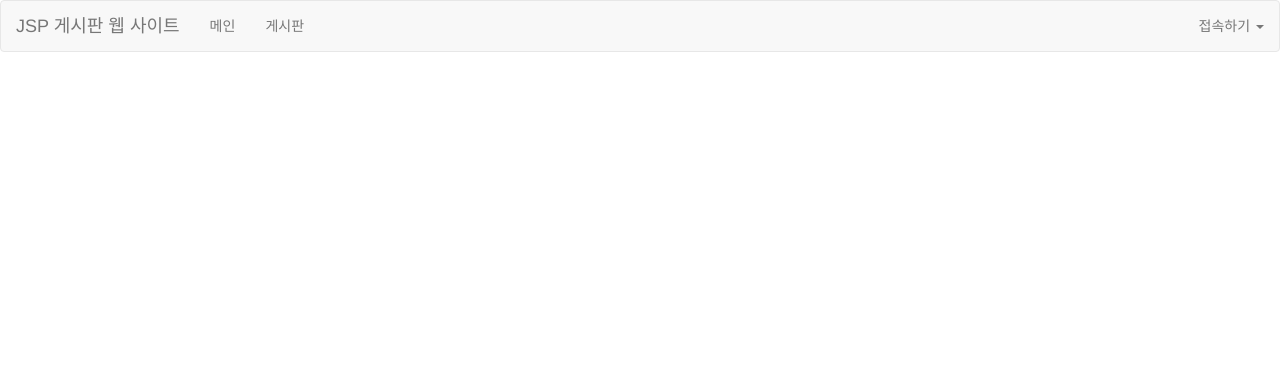
Repository: GorillaDunk/JSP
Page: http://localhost/BBS/login.jsp
An editor plug-in stored every save of this project. The page is shown before and after the next save, followed by the edit.
The browser window is 1280 px wide. The pictures show the whole page.
Some web libraries are served in a nearby version. The page is served by Tomcat 9.

Above is the page before, as saved 2023-10-14 04:20:30.

After the next save:
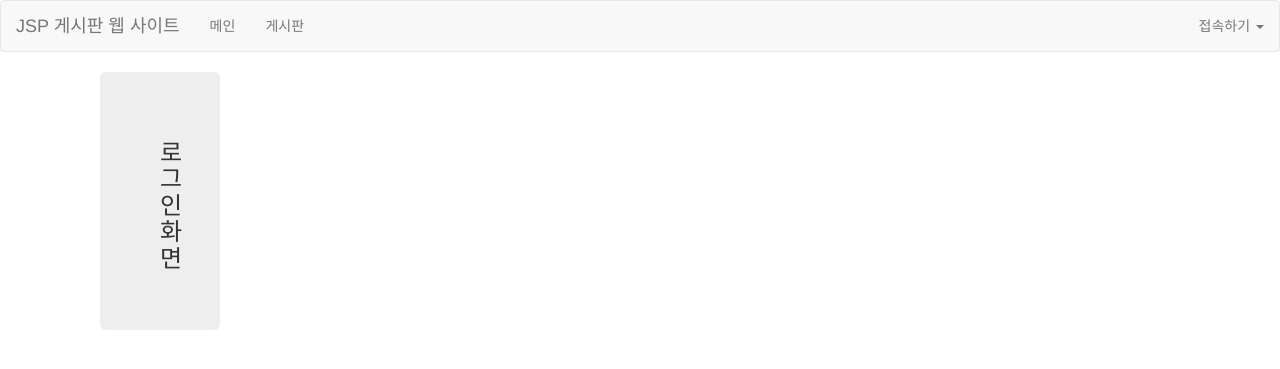
Saved 7 min 48 s later.
--- a/projects/BBS/src/main/webapp/login.jsp
+++ b/projects/BBS/src/main/webapp/login.jsp
@@ -42,8 +42,22 @@
 				</li>
 			</ul>
 		</div>
+	</nav>
 
-	</nav>
+	<div class="container">
+		<div class="col-lg-4">
+			<div class="col-lg-4">
+				<div class="jumbotron" style="padding=top:20px;">
+					<form method="post" action="loginAction.jsp">
+						<h3 style="text-align": center> 로그인 화면</h3>
+						<div class="form-group>
+							<input type="text" class="form-control" placeholder="아이디" name="userID" maxlength="20">
+						</div>
+					</form>
+				</div>
+			</div>
+		</div>
+	</div>
 
 	<script src="https://code.jquery.com/jquery-3.1.1.min.js"></script>
 	<script src="js/bootstrap.js"></script>
